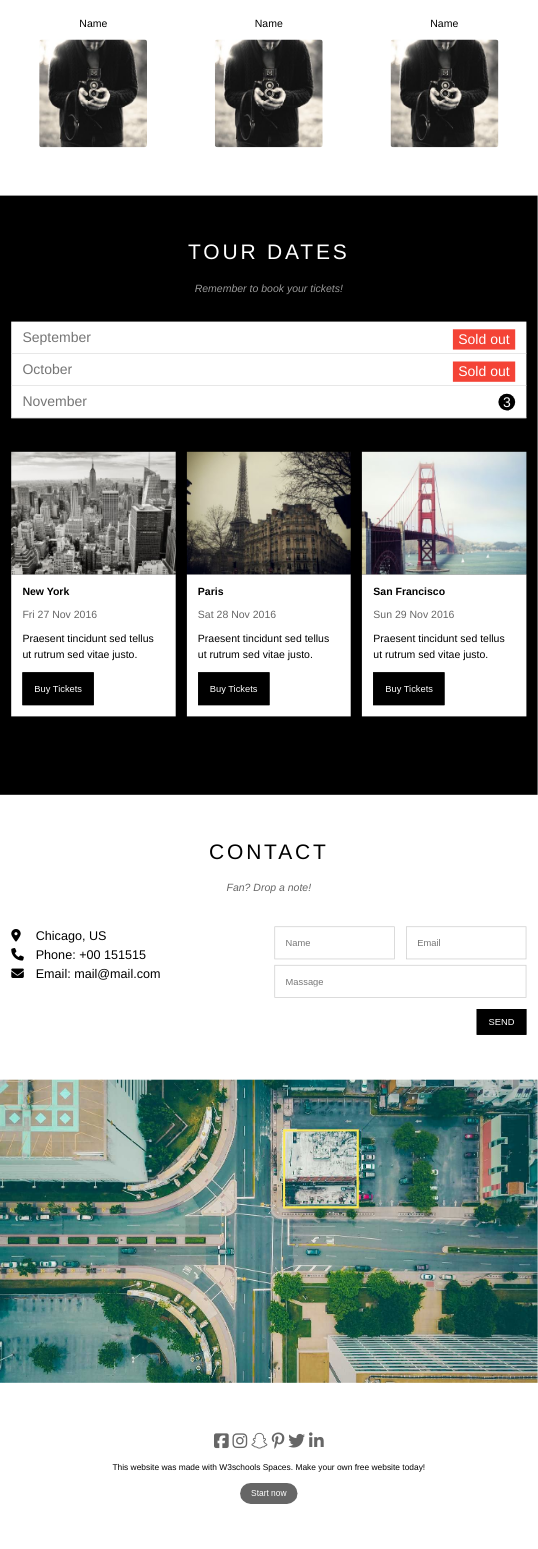
Repository: nugort/nugort.github.io
Page: learing/f8/the-band/index.html
These files come from the project's save history. The page is drawn as it stood at one moment and after the next save; the edit follows.
The browser window is 768 px wide. The pictures show the part of the page from y = 808 to 3048 px (the page is 3021 px tall before and 3048 px after), at 70% of full size.
Some web libraries are served in a nearby version.

Above is the page before, as saved 2022-03-07 04:40:53.

### learing/f8/the-band/index.html
<!DOCTYPE html>
<html lang="en">

<head>
    <meta charset="UTF-8">
    <meta http-equiv="X-UA-Compatible" content="IE=edge">
    <meta name="viewport" content="width=device-width, initial-scale=1.0">
    <title>The Band by Nugỏrt</title>
    <script src="https://kit.fontawesome.com/5e3d8c980a.js" crossorigin="anonymous"></script>
    <!-- https://fontawesome.com/kits  nguyendinhtruong10522@gmail.com-->
    <link rel="shortcut icon" href="./assets/img/favicon.jpg" type="image/x-icon">
    <link rel="stylesheet" href="./assets/css/styles.css">
    <link rel="stylesheet" href="./assets/css/responsive.css">
</head>

<body>
    <div id="main">
        <!-- Header -->
        <div id="header">

            <!-- Navigation -->
            <ul id="nav">
                <li>
                    <a href="#">Home</a>
                </li>

                <li>
                    <a href="#band">Band</a>
                </li>

                <li>
                    <a href="#tour">Tour</a>
                </li>

                <li>
                    <a href="#contact">Contact</a>
                </li>

                <li>
                    <a href="#">More <i class="fas fa-caret-down"></i></a>
                    <ul class="subnav">
                        <li>
                            <a href="#">Merchandise</a>
                        </li>

                        <li>
                            <a href="#">Extras</a>
                        </li>

                        <li>
                            <a href="#">Media</a>
                        </li>
                    </ul>
                </li>
            </ul>

            <!-- Search -->
            <div class="nav-search">
                <a href="#"><i class="fas fa-search"></i></a>
            </div>

            <div id="nav-bar-bar" class="nav-bar">
                <a href="#"><i class="fa-solid fa-bars"></i></a>
            </div>
        </div>

        <!-- Slider -->
        <div id="slider">
            <div class="slider-text">
                <h3 class="slider-text-title">
                    Chicago
                </h3>
                <p class="slider-text-dsc">
                    Thank you, Chicago - A night we won't forget.
                </p>
            </div>
        </div>

        <!-- Content -->
        <div id="content">
            <!-- About -->
            <div id="band" class="content-section">
                <h2 class="content-section-title">
                    The Band
                </h2>
                <p class="content-section-slogan">
                    We love music
                </p>
                <p class="about-content-section content">We have created a fictional band website. Lorem ipsum dolor sit
                    amet, consectetur adipiscing elit, sed do eiusmod tempor incididunt ut labore et dolore magna
                    aliqua. Ut enim ad minim veniam, quis nostrud exercitation ullamco laboris nisi ut aliquip ex ea
                    commodo consequat. Duis aute irure dolor in reprehenderit in voluptate velit esse cillum dolore eu
                    fugiat nulla pariatur. Excepteur sint occaecat cupidatat non proident, sunt in culpa qui officia
                    deserunt mollit anim id est laborum consectetur adipiscing elit, sed do eiusmod tempor incididunt ut
                    labore et dolore magna aliqua. Ut enim ad minim veniam, quis nostrud exercitation ullamco laboris
                    nisi ut aliquip ex ea commodo consequat.</p>
                <div class="row band-members">
                    <div class="col three-cols s-one-col text-center mt-32">
                        <p class="member-name">Name</p>
                        <img src="./assets/img/band-members/bandmember.jpg" alt="Name" class="member-avt">
                    </div>

                    <div class="col three-cols s-one-col text-center mt-32">
                        <p class="member-name">Name</p>
                        <img src="./assets/img/band-members/bandmember.jpg" alt="Name" class="member-avt">
                    </div>

                    <div class="col three-cols s-one-col text-center mt-32">
                        <p class="member-name">Name</p>
                        <img src="./assets/img/band-members/bandmember.jpg" alt="Name" class="member-avt">
                    </div>
                </div>
            </div>

            <!-- Tour -->
            <div id="tour" class="tour-section">
                <div class="content-section text-white">
                    <h2 class="content-section-title text-white">
                        TOUR DATES
                    </h2>
                    <p class="content-section-slogan">
                        Remember to book your tickets!
                    </p>

                    <!-- Tickets -->
                    <ul class="tickets-list">
                        <li>September <span class="sold-out">Sold out</span></li>
                        <li>October <span class="sold-out">Sold out</span></li>
                        <div class="clear"></div>
                        <li>November <span class="tickets-left">3</span></li>
                    </ul>

                    <!-- Tour places -->
                    <div class="tour-places row">
                        <div class="col three-cols s-one-col mt-16">
                            <img src="./assets/img/tour-places/newyork.jpg" alt="New York" class="place-img">
                            <div class="place-body">
                                <h3 class="place-body-title">New York</h3>
                                <p class="place-time">Fri 27 Nov 2016</p>
                                <p class="place-content">Praesent tincidunt sed tellus ut rutrum sed vitae justo.</p>
                                <button class="place-buy-btn js-buy-tickets s-full-witdh">Buy Tickets</button>
                            </div>
                        </div>

                        <div class="col three-cols s-one-col mt-16">
                            <img src="./assets/img/tour-places/paris.jpg" alt="Paris" class="place-img">
                            <div class="place-body">
                                <h3 class="place-body-title">Paris</h3>
                                <p class="place-time">Sat 28 Nov 2016</p>
                                <p class="place-content">Praesent tincidunt sed tellus ut rutrum sed vitae justo.</p>
                                <button class="place-buy-btn js-buy-tickets s-full-witdh">Buy Tickets</button>
                            </div>
                        </div>

                        <div class="col three-cols s-one-col mt-16">
                            <img src="./assets/img/tour-places/sanfran.jpg" alt="San Francisco" class="place-img">
                            <div class="place-body">
                                <h3 class="place-body-title">San Francisco</h3>
                                <p class="place-time">Sun 29 Nov 2016</p>
                                <p class="place-content">Praesent tincidunt sed tellus ut rutrum sed vitae justo.</p>
                                <button class="place-buy-btn js-buy-tickets s-full-witdh">Buy Tickets</button>
                            </div>
                        </div>
                    </div>
                </div>
            </div>

            <!-- Contact -->
            <div id="contact" class="content-section">
                <h2 class="content-section-title">
                    CONTACT
                </h2>
                <p class="content-section-slogan">
                    Fan? Drop a note!
                </p>
                <div class="row contact-form">
                    <div class="col two-cols s-one-col contact-form-infor">
                        <p>
                            <i class="fa-solid fa-location-dot"></i>
                            Chicago, US
                        </p>
                        <p>
                            <i class="fa-solid fa-phone"></i>
                            Phone: +00 151515
                        </p>
                        <p>
                            <i class="fa-solid fa-envelope"></i>
                            Email: mail@mail.com
                        </p>
                    </div>

                    <div class="col two-cols s-one-col s-mt-16">
                        <form action="">
                            <div class="row">
                                <div class="col two-cols s-one-col">
                                    <input type="text" name="" placeholder="Name" class="form-control" required>
                                </div>
                                <div class="col two-cols s-one-col s-mt-8">
                                    <input type="email" name="" placeholder="Email" class="form-control" required>
                                </div>
                            </div>

                            <div class="row">
                                <div class="col one-col mt-8">
                                    <input type="text" name="" placeholder="Massage" class="form-control" required>
                                </div>
                            </div>

                            <input type="submit" value="SEND" class="contact-form-submit s-full-witdh mt-16">
                        </form>
                    </div>
                </div>
            </div>

            <div class="map-section">
                <img src="./assets/img/maps/map.jpg" alt="map">
            </div>
        </div>

        <div id="footer">
            <div class="social-network">
                <a href=""><i class="fa-brands fa-facebook-square"></i></a>
                <a href=""><i class="fa-brands fa-instagram"></i></a>
                <a href=""><i class="fa-brands fa-snapchat"></i></a>
                <a href=""><i class="fa-brands fa-pinterest-p"></i></a>
                <a href=""><i class="fa-brands fa-twitter"></i></a>
                <a href=""><i class="fa-brands fa-linkedin-in"></i></a>
            </div>

            <p class="copyright mt-16">This website was made with W3schools Spaces. Make your own free website today!
            </p>

            <button class="last-btn mt-16">Start now</button>
        </div>
    </div>

    <div class="modal  js-modal">
        <div class="modal-container js-modal-container">
            <modal class="close js-modal-close">
                <i class="modal-heading-close fa-solid fa-xmark"></i>
            </modal>

            <header class="modal-header">
                <i class="modal-heading-bag fa-solid fa-suitcase"></i>
                Tickets
            </header>

            <div class="modal-body">
                <label for="modal-tickets-quantity" class="modal-label">
                    <i class="fa-solid fa-cart-shopping"></i>
                    Tickets, 15$ per person
                </label>
                <input id="modal-tickets-quantity" type="text" class="modal-input" placeholder="How many ?" required>

                <label for="modal-tickets-email" class="modal-label">
                    <i class="fa-solid fa-user"></i>
                    Send To
                </label>
                <input id="modal-tickets-email" type="email" class="modal-input" placeholder="Enter email" required>

                <button id="buy-tickets">
                    Pay <i class="fa-solid fa-check"></i>
                </button>
            </div>

            <div class="modal-footer">
                <p class="modal-help">
                    Need <a href="#">help?</a>
                </p>
            </div>
        </div>
    </div>

    <script>
        const buyBtns = document.querySelectorAll('.js-buy-tickets')
        const modal = document.querySelector('.modal')
        const modalClose = document.querySelector('.js-modal-close')
        const modalContainer = document.querySelector('.js-modal-container')

        //hàm hiển thị form mua vé
        function showBuyTickets() {
            modal.classList.add('open')
        }

        //hàm ẩn form mua vé
        function hideBuyTickets() {
            modal.classList.remove('open')
        }

        //lặp qua từng thẻ button và nghe hành vi click
        for (const buyBtn of buyBtns) {
            buyBtn.addEventListener('click', showBuyTickets)
        }

        //nghe hành vi click vào button close
        modalClose.addEventListener('click', hideBuyTickets)

        modal.addEventListener('click', hideBuyTickets)

        //ngăn chặn hành vi nổi bọt (khi click vào khoảng không để đóng form và thứ k mong muốn)
        modalContainer.addEventListener('click', function (event) {
            event.stopPropagation()
        })
    </script>

    <script>
        // Đóng mở menu mobile
        var header = document.getElementById('header');
        var navBar = document.getElementById('nav-bar-bar');
        var headerHeight = header.clientHeight;

        navBar.onclick = function () {
            event.preventDefault();
            var isClosed = header.clientHeight === headerHeight;
            if (isClosed) {
                header.style.height = 'auto';
            } else {
                header.style.height = null;
            }
        }
    </script>

    <script>
        // Đóng menu mobile sau khi đã chọn chức năng
        var menuItems = document.querySelectorAll('#nav li a[href*="#"]');
        for (var i = 0; i < menuItems.length; i++) {
            var menuItem = menuItems[i];

            menuItem.onclick = function () {
                var isParentMenu = this.nextElementSibling && this.nextElementSibling.classList.contains('subnav');
                if (isParentMenu) {
                    event.preventDefault();
                } else {
                    header.style.height = null;
                }

            }
        }
    </script>
</body>

</html>

### learing/f8/the-band/assets/css/styles.css
/* 3 kiểu dùng css
- inline (phèn)
- internal (cũng phèn)
-external (đúng đúng đúng) */

/* Các đơn vị hay dùng
* Absolute units
- px
- pt
- cm
- mm
- inch
- picture

* Relative units
- %
- rem (bằng kích cỡ chữ của thẻ html - mặc định là 16px)
- em  (bằng kích cỡ chữ của thẻ cha chứa nó gần nhất có set font-size)
- vw (chiều rộng bằng chiều ngang của màn hình hiển thị)
- vh (chiều cao bằng chiều dọc của màn hình hiển thị) */

/* Hàm trong css
- var(): gọi biến vào
- linearGradient()
- rgba()
- rgb
- calc(): tính toán
- attr() */

/* Pseudo-classes (lớp giả) */

:root {
    --text-color: #FFFFFF;
    --background-color: #00171F;
    --button-color: #003459;
    --other-color: #007EA7;
    --button-2nd-color: #00A8E8;
    --nav-heigh: 46px;
}  /* Đặt biến giống trong ngôn ngữ lập trình khác thôi =))) */

* {
    box-sizing: border-box;
    margin: 0;
    padding: 0;
} /* reset css */

html {
    font-family: Helvetica, sans-serif;
    font-size: 20px;
    scroll-behavior: smooth;
}
/*
Chọn cùng lúc nhiều Class, ID đưa qua css
Bôi đen điểm chung -> CTRL +  SHIFT + L -> Mũi tên qua phải ( > ) -> CTRL + SHIFT + ( > ) -> CTRL + C
-> Qua file css paste -> ALT + CLICK  -> # -> CTRL + ( > ) -> {}
 */

/*
1. Làm từ ngoài vào trong
2. Làm từ trên xuống dưới
3. Từ tổng quan đến chi tiết
*/

/*
1. Vị trí (Vị trí các phần; Header, Content, ...)
2. Kích thước
3. Màu sắc
4. Styles (Fonts chữ, tròn, vuông, ...)
*/

/*
Chiếc web này gồm
1. Header (Done)
    1.1. Navigation (Done)
    1.2. Search button  (Done)
2. Slider (Done)
3. Content
    3.1. About
    3.2. Tour
    3.3. Contact
    3.4. Img
4. Footer
*/

/* Common */
.row {
    margin-left: -8px;
    margin-right: -8px;
}

.row::after{
    content: "";
    display: block;
    clear: both;
}

.col{
    float: left;
    padding-left: 8px;
    padding-right: 8px;
}

.one-col {
    width: 100%;
}

.two-cols {
    width: 50%;
}

.three-cols {
    width: calc(100% / 3);
}

.clear {
    content: " ";
    clear: both;
}

.text-white {
    color: #FFF !important;
}

.text-center {
    text-align: center !important;
}

.mt-8 {
    margin-top: 8px;
}

.mt-16 {
    margin-top: 16px;
}

.mt-32 {
    margin-top: 32px;
}

/* Main */
#main{
    /* overflow: hidden; lấp đầy khoảng trắng do phần tử con tạo ra */
}

#header{
    position: fixed;
    top: 0px;
    left: 0px;
    right: 0px;
    background-color: black;
    height: var(--nav-heigh);
    z-index: 1;
}

#nav {
    display: inline-block;
}

#nav, .subnav {
    list-style-type: none;
}

#nav > li {
    display: inline-block;
}

#nav  li {
    position: relative;
}

#nav > li > a {
    color: #FFFFFF;
    text-transform: uppercase;
}

#nav li a {
    text-decoration: none;
    line-height: var(--nav-heigh);
    padding: 0px 24px;
    /* padding: 12px 24px; */
}

#nav > li:hover .subnav {
    display: block;
}

#nav > li:hover > a {
    display: inline-block;
    color: #000;
    background-color: #CCC;
}

#nav .subnav {
    display: none;
    position: absolute;
    top: 100%;
    left: 0px;
    background-color: #FFF;
    color: #000;
    box-shadow: 0 0 10px rgba(0, 0, 0, 0.3);
}

#nav .subnav a {
    display: block;
    color: #000;
    min-width: 160px;
    padding: 0px 12px;
    line-height: 38px ;
}

#nav .subnav li:hover a {
    color: #000;
    background-color: #CCC;
}

#header .nav-bar {
    display: none;
}

#header .nav-bar,
#header .nav-search {
    float: right;
    line-height: var(--nav-heigh);
    padding: 0px 16px ;
}

#header .nav-search {
    display: inline-block;
}

#header .nav-bar a,
#header .nav-search a {
    color: #FFF;
}

#header .nav-bar:hover {
    background-color: #CCC;
}

#header .nav-bar:hover a {
    color: #000;
}

#header .nav-search:hover {
    background-color: #F44336 !important;
    cursor: pointer;
}


/* Slider */
#slider {
    /* background-color: #CCC;
    height: 1000px; */
    position: relative;
    margin-top: var(--nav-heigh);
    padding-top: 50%;
    background: url('/the-band/assets/img/slider-1/chicago.jpg') top center / cover, no-repeat;
    /* https://youtu.be/BmkVXoKoqVA?t=640 */
}

#slider .slider-text{
    color: #FFF;
    position: absolute;
    bottom: 48px;
    /* left: 50%;
    transform: translateX(-50%); */

    /* left: 0px;
    right: 0px; */

    width: 100%;
    text-align: center;
}

#slider .slider-text-title{
    font-size: 220%;
    font-weight: 500;
    font-style: 24px;
    margin-bottom: 25px;
}

#slider .slider-text-dsc{
    font-style: 15px;
}



/* Content */
#content {

}

#content .content-section {
    width: 800px;
    max-width: 100%; /*tablet responsive*/
    margin: auto;
    padding: 64px 0px;
    padding-left: 16px;
    padding-right: 16px; /*tablet responsive*/
}

#content .content-section-title {
    font-weight: 500;
    font-size: 30px;
    text-transform: uppercase;
    letter-spacing: 4px;

}

#content .content-section-slogan {
    font-style: italic;
    font-size: 15px;
    margin-top: 25px;
    opacity: 0.6;
}

#content .about-content-section.content {
    font-size: 15px;
    margin-top: 25px;
    text-align: justify;
    line-height: 1.5;
}

#content .content-section-title,
#content .content-section-slogan {
    text-align: center;
}

#content .band-members{
    margin-top: 48px;
}

#content .member-name {
    font-size: 15px;
}

#content .member-avt {
    margin-top: 15px;
    width: 154px;
    border-radius: 4px;
}

/* Tour */
.tour-section {
    background-color: #000;
}

.tickets-list {
    margin-top: 40px;
    color: #000;
    background-color: #FFF;
}

.tickets-list li {
    list-style: none;
    color: #757575;
    font: 15px;
    padding: 11px 16px;
    border-bottom: 1px solid #DDD;
}

.tickets-list .sold-out {
    float: right;
    color: #FFF;
    background-color: #F44336;
    padding: 3px 8px;

}

.tickets-list .tickets-left {
    float: right;
    color: #FFF;
    background-color: #000;
    border-radius: 50%;
    width: 24px;
    height: 24px;
    text-align: center;
    line-height: 24px;
}

.tour-places {
    margin-top: 32px;
    margin-bottom: 48px;
}


/* Place */
.place-img {
    width: 100%;
    display: block;
}

.place-body {
    background-color: #FFF;
    color: #000;
    font-size: 15px;
    padding: 16px;
}

.place-body-title {
    font-size: 15px;
}

.place-time {
    margin-top: 15px;
    opacity: 0.6;
}

.place-content {
    margin-top: 15px;
    line-height: 1.5;
}

.place-buy-btn {
    display: inline-block;
    color: #FFF;
    background-color: #000;
    text-decoration: none;
    padding: 11px 16px;
    margin-top: 15px;
    border: 1px solid #000;
    text-align: center;
}

.place-buy-btn:hover {
    color: #000;
    background-color: #CCC;
}

/* Contact form */
.contact-form {
    margin-top: 48px;
}

.contact-form-infor {
    font-size: 18px;
    line-height: 1.5;
}

.contact-form-infor i[class*="fa-solid"] {
width: 30px;
display: inline-block;
}

.contact-form .form-control {
    padding: 11px;
    border: solid 1px #CCC;
    width: 100%;
    outline: none;
}

.contact-form .contact-form-submit {
    background-color: #000;
    color: #FFF;
    border: solid 1px #000;
    padding: 10px 16px ;
    float: right;
    cursor: pointer;
}

.contact-form .contact-form-submit:hover {
    background: #CCC;
    color: #000;
}

/* map */
.map-section img {
    width: 100%;
}

/* Footer */
#footer {
    padding: 64px 16px;
    text-align: center;
}

#footer .social-network a {
    font-size: 24px;
    color: #666;
    cursor: pointer;
}

#footer .social-network a:hover {
    opacity: 0.81;
}

#footer .copyright {
    font-size: 12px;
}

#footer .last-btn {
    border-radius: 32px;
    padding: 8px 16px;
    font-size: 12px;
    border: none;
    color:#FFF;
    background: #666;
}

#footer .last-btn:hover {
    color: #666;
    background: #CCC;
}

/* Modal */
.modal {
    position: fixed;
    top: 0;
    right: 0;
    bottom: 0;
    left: 0;
    background: rgba(0, 0, 0, 0.4);
    display: flex;
    align-items: center;
    justify-content: center;
    display: none;
}

.modal.open {
    display: flex;
}

.modal-container {
    background: #FFF;
    width: 900px;
    max-width: calc(100% - 32px);
    min-height: 200px;
    position: relative;
    animation: modalFadeIn ease 0.4s;
}

.modal-header {
    background-color: #009688;
    color: #FFF;
    height: 130px;
    display: flex;
    align-items: center;
    justify-content: center;
    font-size: 30px;
}

.modal-heading-close {
    position: absolute;
    right: 0;
    top: 0;
    padding: 12px;
    cursor: pointer;
    opacity: 0.81;
    color: #FFF
}

.modal-heading-close:hover {
    background-color: rgba(255, 255, 255, 0.81);
    opacity: 1;
    color: #009688;
}

.modal-heading-bag {
    margin-right: 16px;
}

.modal-body {
    padding: 16px;
}

.modal-label {
    display: block;
    font-size: 15px;
    margin-bottom: 9px;
}

.modal-input {
    font-size: 15px;
    padding: 10px;
    width: 100%;
    border: 1px solid #CCC;
    margin-bottom: 27px;
}

#buy-tickets {
    width: 100%;
    border: solid 1px #CCC;
    color: #FFF;
    background-color: #009688;
    text-transform: uppercase;
    font-size: 15px;
    padding: 18px;
    cursor: pointer;
}

#buy-tickets:hover {
    color:#009688;
    background-color:  #FFF;
}

.modal-footer {
    padding: 16px;
    text-align: right;
}

.modal-footer a {
    text-decoration: none;
    color: #00A8E8;
}

@keyframes modalFadeIn {
    from {
        opacity: 0;
        transform: translateY(-100px);
    }
    to {
        opacity: 1;
        transform: translateY(0px);

    }
}

### learing/f8/the-band/assets/css/responsive.css
/*
    PC: >= 1024px
    Tablet: >= 740px & < 1024px
    Mobile: < 740px
*/

/* PC */
/* @media (min-width: 1024) {

} */

/* Tablet */
/* @media (max-width: 1023px) and (min-width: 741px) {

} */

/* Tablet & mobile */
@media (max-width: 1023px) {
    .place-buy-btn {
        padding: 15px 16px;
    }

    .contact-form .form-control {
        padding: 15px;
    }
}

/* Mobile */
@media (max-width: 740px) {
    .s-full-witdh,
    .s-one-col {
        width: 100% !important;
    }


    .s-mt-16 {
        margin-top: 16px;
    }

    .s-mt-8 {
        margin-top: 8px !important;
    }

    #header {
        overflow: hidden;
    }

    #header .nav-search {
        display: none;
    }

    #header .nav-bar {
        display: inline-block;
        position: absolute;
        top: 0;
        right: 0;
    }

    #nav {
        display: block
    }

    #nav > li {
        display: block;
    }

    #nav > li:first-child {
        display: inline-block;
    }

    #nav > li  a{
        display: block;
        padding: 1px 24px;
    }

    #nav .subnav {
        position: initial;
        background:#333;
    }

    #nav .subnav a {
        color: #fff;
        padding: 5px 41px;
    }

    #content .s-one-col  {
        /* margin-top: 30px; */
        width: 100%;
    }

    #content .member-avt {
        width: 60%;
    }
}

After the next save:
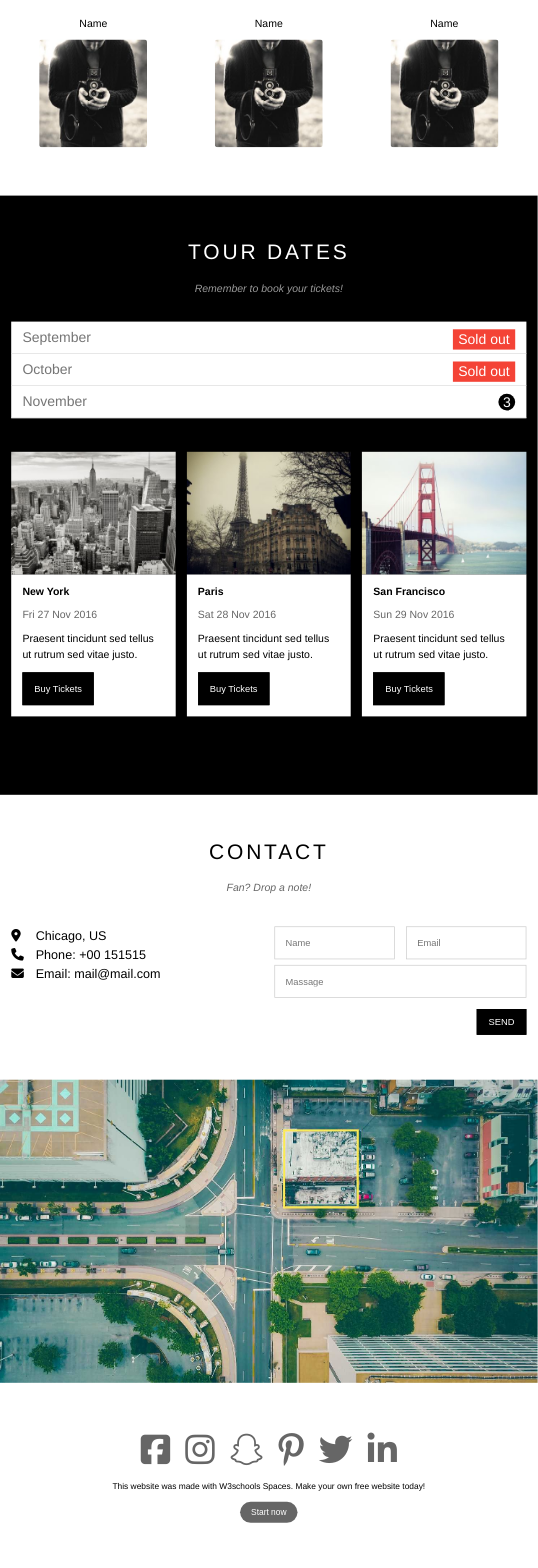
Saved 2 min 39 s later.
--- a/learing/f8/the-band/assets/css/responsive.css
+++ b/learing/f8/the-band/assets/css/responsive.css
@@ -10,9 +10,12 @@
 } */
 
 /* Tablet */
-/* @media (max-width: 1023px) and (min-width: 741px) {
-
-} */
+@media (max-width: 1023px) and (min-width: 741px) {
+    #footer .social-network a {
+        font-size: 48px;
+        margin: 0 8px;
+    }
+}
 
 /* Tablet & mobile */
 @media (max-width: 1023px) {
